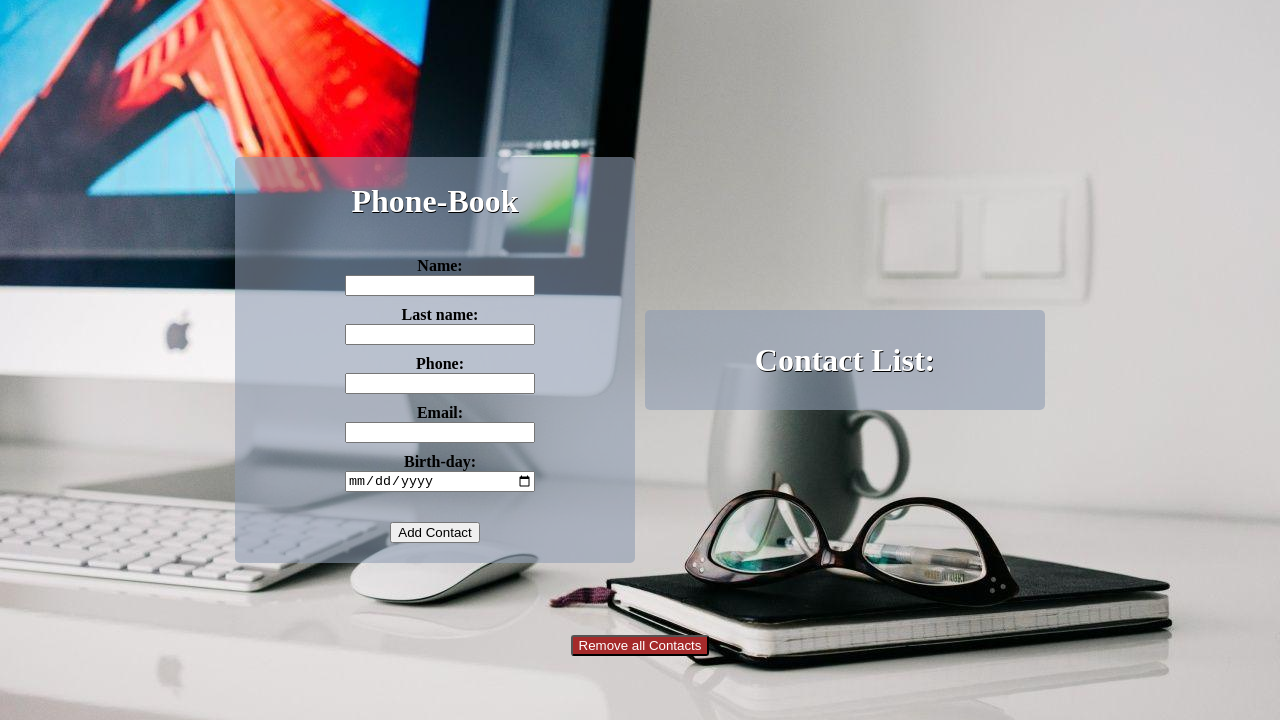
Repository: STA1357/Phone-book
Page: Inner.html
The author's editor kept a copy of each file at every save. The page is drawn from the files as they stood at one save, then again after the next save.
The browser window is 1280 px wide. The pictures show the whole page.

Above is the page before, as saved 2020-12-12 10:50:30.

After the next save:
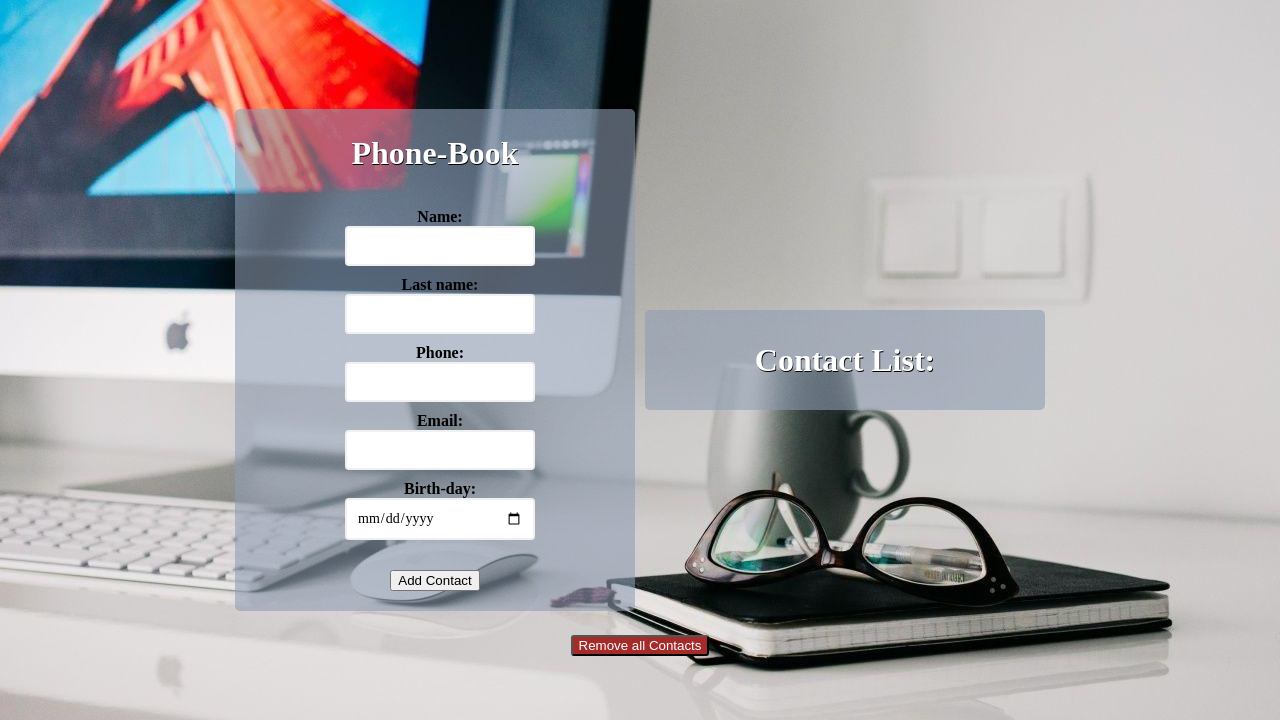
Saved 65 s later.
--- a/styles.css
+++ b/styles.css
@@ -73,8 +73,14 @@ label{
     font-weight: bold;
 }
 
-input{
-    width: 100%;
+.form-control input {
+	border: 2px solid #f0f0f0;
+	border-radius: 4px;
+	display: block;
+	font-family: inherit;
+	font-size: 14px;
+	padding: 10px;
+	width: 100%;
 }
 
 
